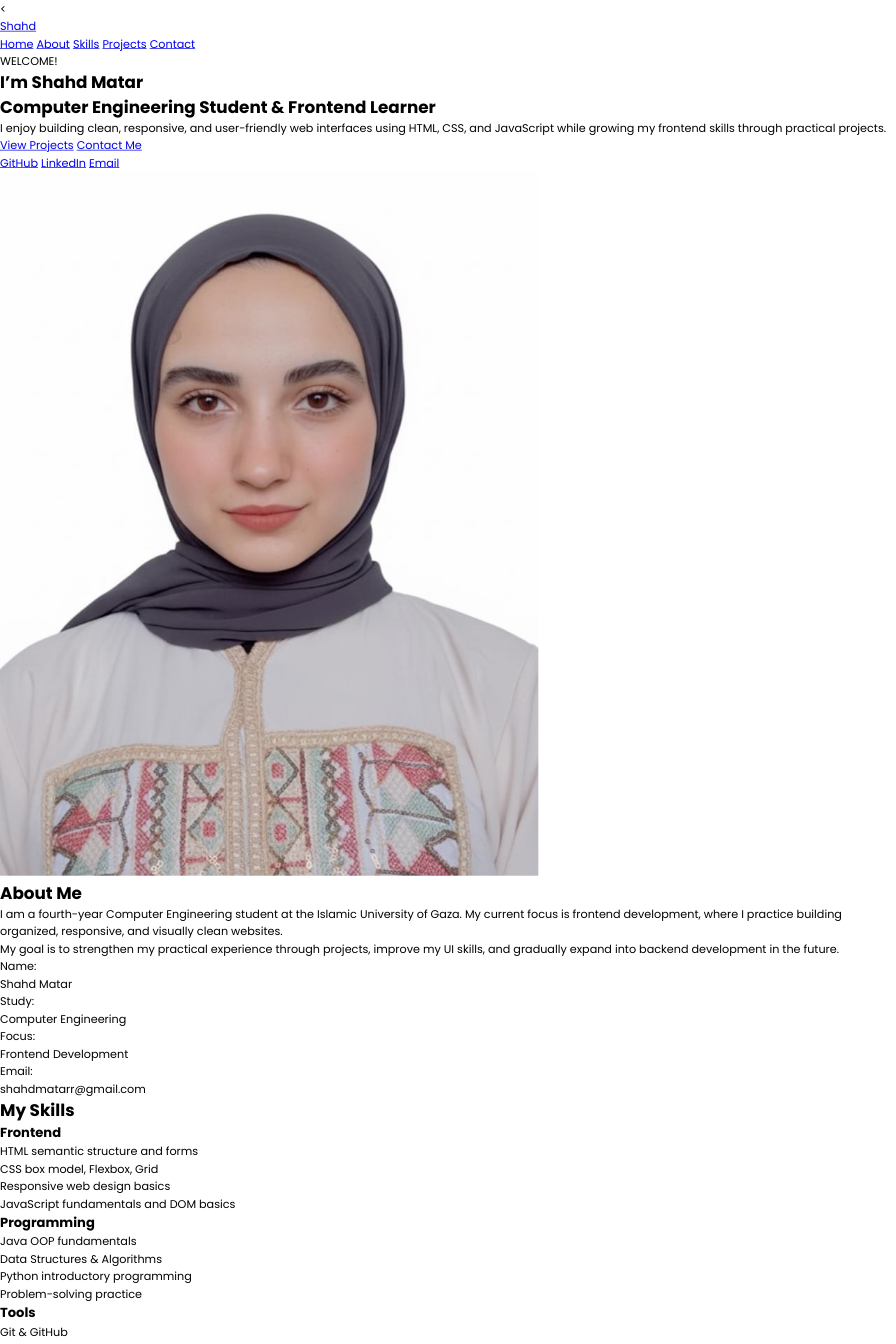
Repository: shahdmattar/personal-landing-page
Page: index.html
The author's editor kept a copy of each file at every save. The page is drawn from the files as they stood at one save, then again after the next save.
The browser window is 1280 px wide. The pictures show the part of the page from y = 0 to 1920 px (the page is 3058 px tall before and 3033 px after), at 70% of full size.
A picture or video elsewhere on the page could not be fetched, so the positions and the page height are approximate.

Above is the page before, as saved 2026-04-14 22:22:36.

After the next save:
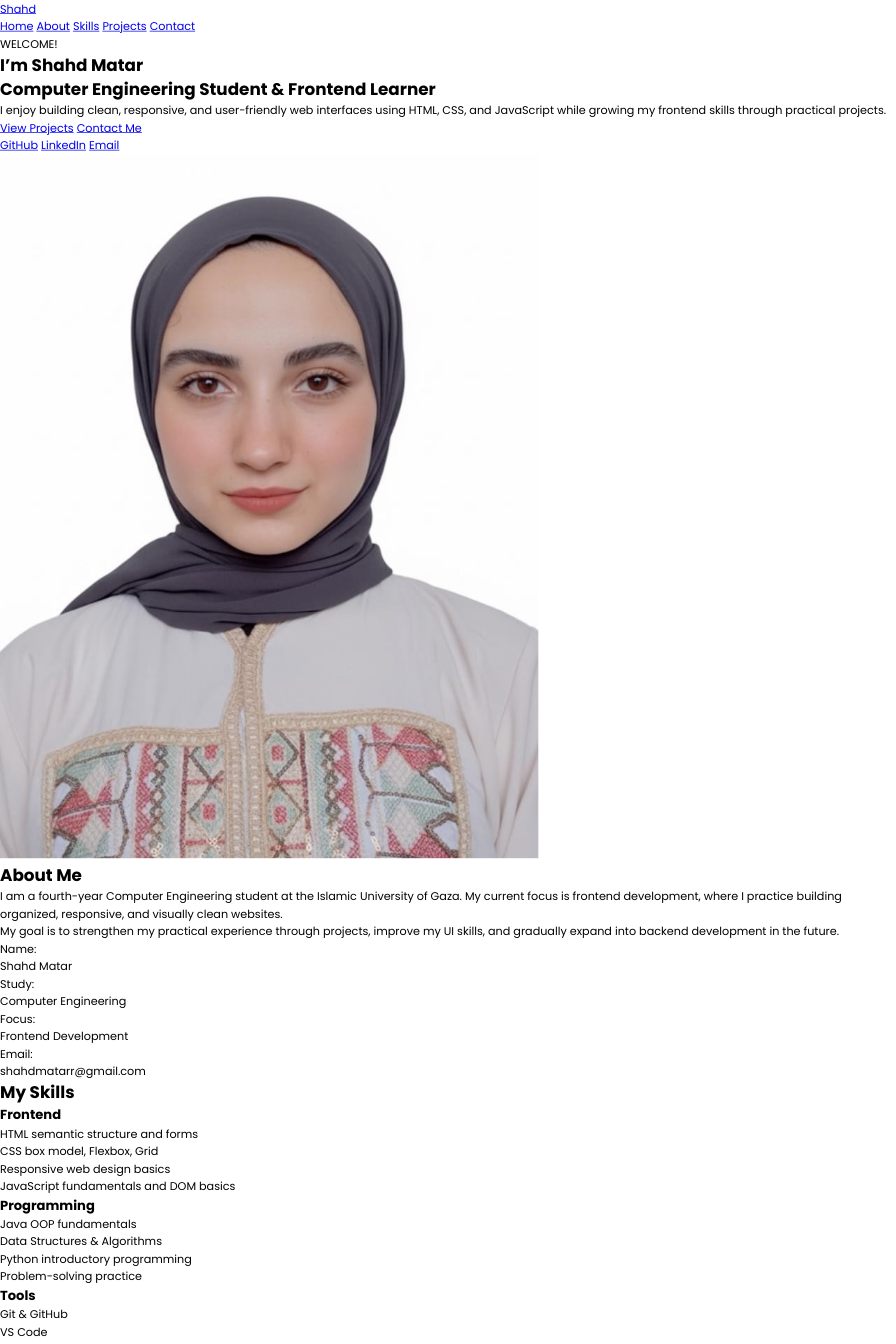
Saved 59 s later.
--- a/index.html
+++ b/index.html
@@ -8,7 +8,7 @@
       name="description"
       content="Personal landing page of Shahd Matar, Computer Engineering student and frontend learner."
     />
-    <
+    <link rel="stylesheet" href="https://cdnjs.cloudflare.com/ajax/libs/font-awesome/6.0.0/css/all.min.css">
     <link rel="stylesheet" href="style.css"/>
     <!-- <link rel="stylesheet" href="test.css"> -->
   </head>
